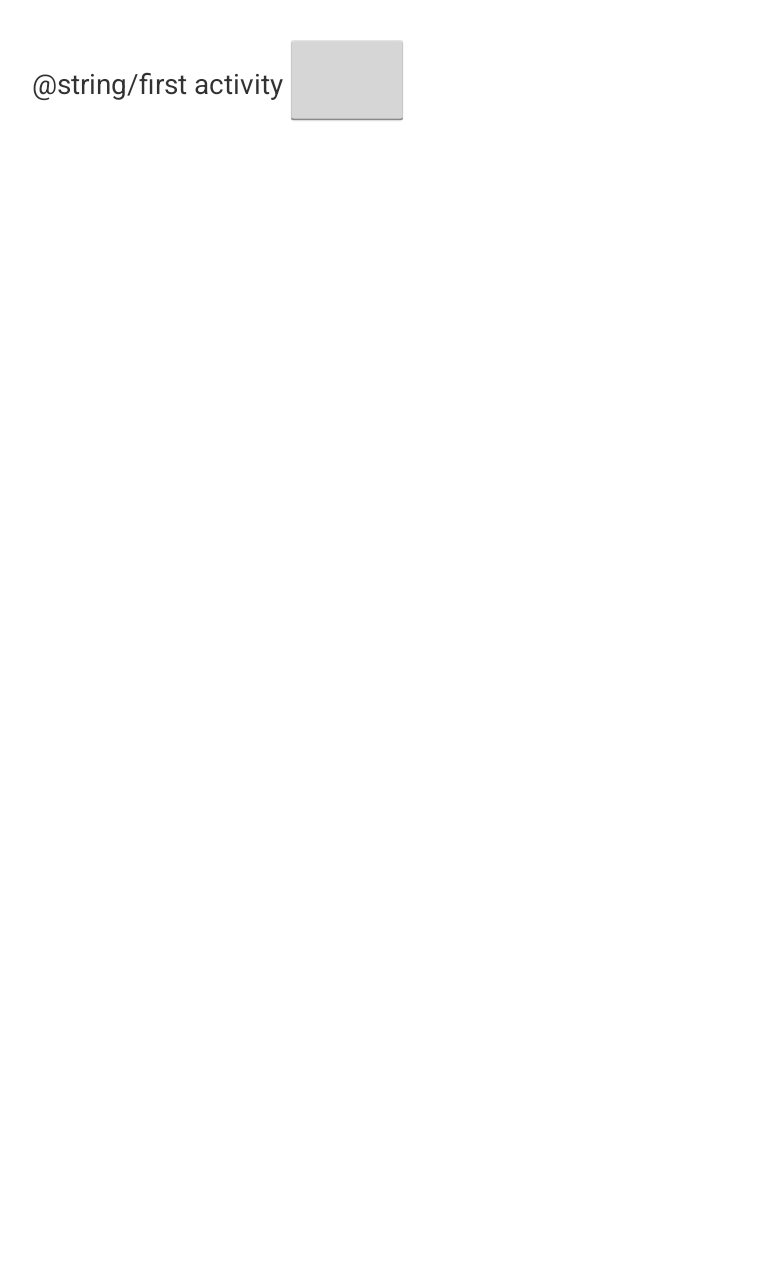
Repository: DongHuaLu/android
Layout: 23TwoActivity/res/layout/activity_main.xml
The author's editor kept a copy of each file at every save. The layout is drawn from the files as they stood at one save, then again after a run of saves.
It is drawn on a 768 x 1280 px phone screen (xhdpi) without system bars, with theme AppTheme; the app's code is not run.

Above is the layout before, as saved 2013-08-28 06:27:20.

After the next 2 saves:
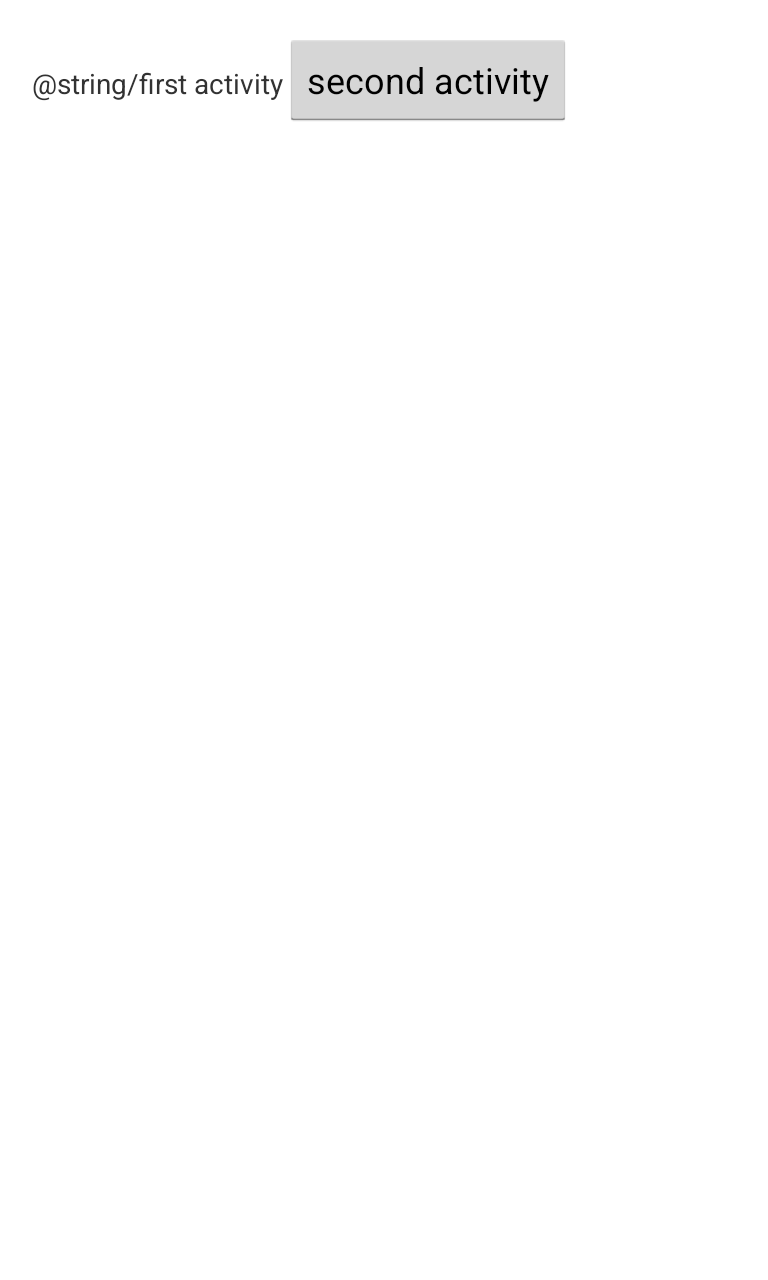
The 2 saves are shown as one change because they came seconds apart.
The last was saved 21 s later.
--- a/23TwoActivity/res/layout/activity_main.xml
+++ b/23TwoActivity/res/layout/activity_main.xml
@@ -16,6 +16,7 @@
     <Button
         android:layout_width="wrap_content"
         android:layout_height="wrap_content"
-        android:onClick="click" />
+        android:onClick="click"
+        android:text="second activity" />
 
 </LinearLayout>
